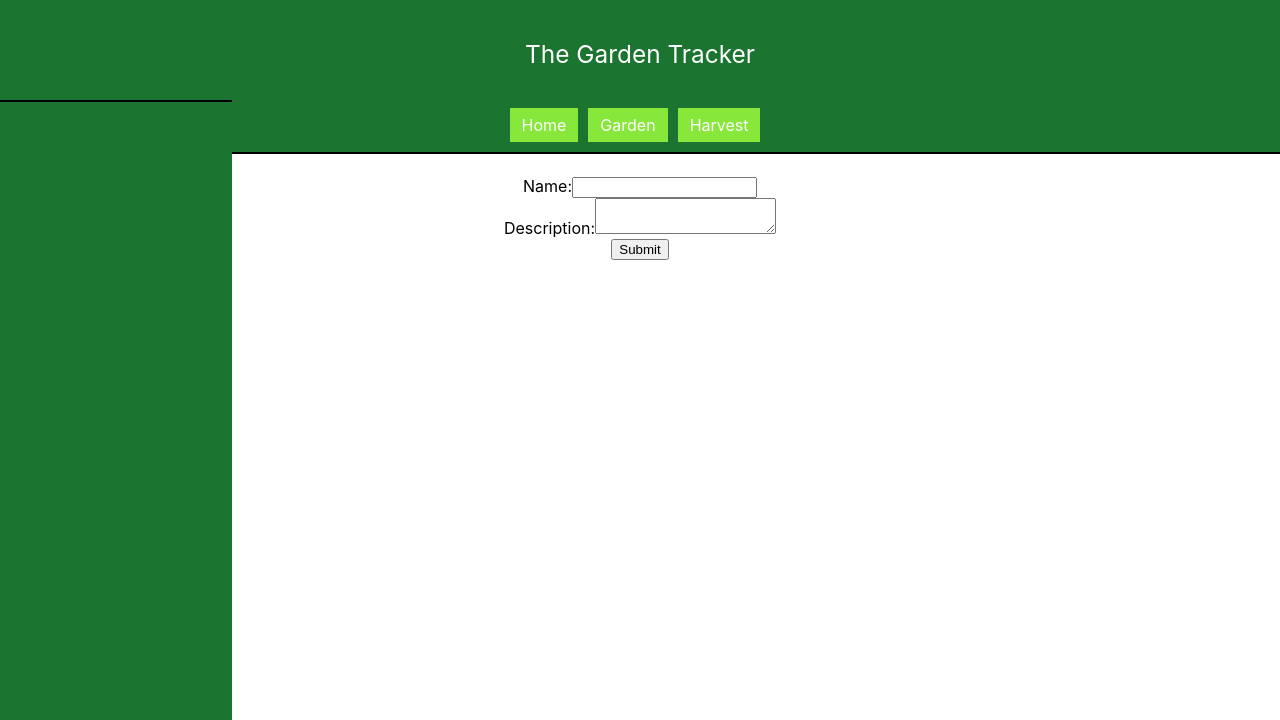
Repository: charliejp0311/ReactReduxFinal
Page: /garden (app in gardentracker/)
An editor plug-in stored every save of this project. The page is shown before and after the next save, followed by the edit.
The browser window is 1280 px wide. The pictures show the whole page.
The page's requests for data from a server got no answer. The project was rebuilt for these pictures with package versions that can differ from the ones it lists, and the page was loaded fresh each time. No one was signed in, and anything a server would have sent is missing. Also part of the build but not shown: gardentracker/src/containers/GardenbookContainer.js, gardentracker/src/components/GardenPlant.js, gardentracker/src/components/HarvestPlant.js, gardentracker/src/containers/HarvestContainer.js, gardentracker/src/components/UpdatePlantForm.js, gardentracker/src/components/NoteForm.js, gardentracker/src/components/noteList.js, gardentracker/src/containers/PlantContainer.js and 1 more.

Above is the page before, as saved 2020-11-12 10:59:25.

### gardentracker/src/index.js
import React from 'react';
import ReactDOM from 'react-dom';
//style
import './index.css';
//APP
import App from './containers/App';
//Reducer
import reducer from './redux/index'
//router
import { BrowserRouter } from "react-router-dom";
//store and middleware
import { Provider } from 'react-redux';
import { applyMiddleware, createStore } from 'redux';
import { composeWithDevTools } from 'redux-devtools-extension';
import thunk from 'redux-thunk';

const store = createStore(reducer, composeWithDevTools(
  applyMiddleware(thunk),
));


ReactDOM.render(
  <Provider store={store}>
    <BrowserRouter>
      <App />
    </BrowserRouter>
  </Provider>,
  document.getElementById('root')
);

### gardentracker/src/containers/App.js
import React,{Component} from 'react';
import '../App.css';
import { connect } from 'react-redux';
import {startSetGardenbook} from '../redux/actions';
import {Switch,Route} from 'react-router-dom';
import GardenbookContainer from './GardenbookContainer';
import GardenContainer from './GardenContainer';
import HarvestContainer from './HarvestContainer';
import PlantContainer from './PlantContainer';
import NavBar from '../components/Navbar';
import HarvestedPlant from '../components/HarvestedPlant';

class App extends Component {


  componentDidMount(){
    this.props.startSetGardenbook();

  };

  render(){
    return (
      <div className="App">
          <header className="App-header">
            The Garden Tracker
          </header>
          <NavBar />
          <Switch>
            <Route exact path='/' render={(props)=><GardenbookContainer {...props} />} />
            <Route exact path='/garden' render={(props)=><GardenContainer {...props} />}/>
            <Route exact path='/harvest' render={(props)=><HarvestContainer {...props}/>}/>
            <Route exact path='/plants/:id' render={(props)=><PlantContainer {...props}  />}/>
            <Route exact path='/harvested_plant/:id' render={props=><HarvestedPlant {...props} />} />
          </Switch>
      </div>
    );
  };
}

export default connect(null, {startSetGardenbook})(App);

### gardentracker/src/redux/index.js
import { combineReducers } from 'redux';
import garden from './GardenReducer'

export default combineReducers({
    garden
})

### gardentracker/src/App.css
.App {
  text-align: center;
  transition: margin-left .5s;
}

.App-logo {
  height: 40vmin;
  pointer-events: none;
}

/* @media (prefers-reduced-motion: no-preference) {
  .App-logo {
    animation: App-logo-spin infinite 20s linear;
  }
} */

.App-header {
  background-color: #1b7531;
  min-height: 15vh;
  display: flex;
  flex-direction: column;
  align-items: center;
  justify-content: center;
  font-size: calc(10px + 2vmin);
  color: white;
}
.sidenav {
  display: inline-block;
  border-top: 2px solid black;
  height: 100%;
  width: 15%;
  position: fixed;
  z-index: 1;
  top: 0;
  left: 0;
  background-color: #1b7531;
  overflow-x: hidden;
  margin-top: 100px;
  /* padding-top: 1000px; */
  transition: 0.5s;
}

/* The navigation menu links */
.sidenav a {
  padding: 8px 8px 8px 32px;
  text-decoration: none;
  font-size: 25px;
  color: #818181;
  display: block;
  transition: 0.3s;
}

/* When you mouse over the navigation links, change their color */
.sidenav a:hover {
  color: #f1f1f1;
}

/* Position and style the close button (top right corner) */
.sidenav .closebtn {
  position: absolute;
  top: 0;
  right: 25px;
  font-size: 36px;
  margin-left: 50px;
}



/* On smaller screens, where height is less than 450px, change the style of the sidenav (less padding and a smaller font size) */
@media screen and (max-height: 450px) {
  .sidenav {
    padding-top: 15px;
  }

  .sidenav a {
    font-size: 18px;
  }
}

ul {
  list-style: none;
}

.garden div {
  column-count: auto;
  padding: 20px;

}
.App-link {
  color: #beebf8;
}

.garden {
  display: grid;
  grid-template-columns: 3fr;
  grid-template-rows: auto;
  grid-gap: 25px;
  padding-top: 10px;
  padding-bottom: 30px;
}

.plant {
  height: auto;
  width: auto;
  box-shadow: 10px 10px grey;
  padding: 10px;
  border-radius: 10px;
}
.navBar {
  border-bottom: 2px solid black;
  padding-bottom: 10px;
  margin-bottom: 12px;
  background: #1b7531;
}

.navBar a:link,
.navBar a:visited {
  background-color: #88e73b;
  color: white;
  padding: 7px 12px;
  text-align: center;
  text-decoration: none;
  display: inline-block;
}

.navBar a:hover,
.navBar a:active {
  background-color: #1b7531;
}

@keyframes App-logo-spin {
  from {
    transform: rotate(0deg);
  }
  to {
    transform: rotate(360deg);
  }
}

### gardentracker/src/redux/actions.js

export const startSetGardenbook = () => {
    return(dispatch, getState)=>{
        fetch('http://localhost:3001/gardenbooks/1')
            .then(resp=>resp.json())
            .then(data=> dispatch(setGardenbook(data)))
    };
};

export const startAddPlant = (plantData={}) => {
    const {name,description,gardenbook_id} = plantData;
    const plant ={
        name,
        description,
        gardenbook_id,
    };
    let configObj = {
        method: "POST",
        headers: {
            "Content-Type": "application/json",
            "Accept": "application/json"
        },
        body: JSON.stringify(plant)
    };
    return (dispatch, getState) =>{
        fetch(`http://localhost:3001/plants`, configObj )
        .then(resp=>resp.json())
        .then(json=>dispatch(addPlant(json)))
    };
};

export const startUpdatePlant = (plantData={}) => {
    const {name,description,gardenbook_id, id, growing} = plantData;
    const plant ={
        id,
        name,
        description,
        gardenbook_id,
        growing,
    };
    let configObj = {
        method: "PATCH",
        headers: {
            "Content-Type": "application/json",
            "Accept": "application/json"
        },
        body: JSON.stringify(plant)
    };
    return (dispatch, getState) =>{
        fetch(`http://localhost:3001/plants/${plant.id}`, configObj )
        .then(resp=>resp.json())
        .then(json=>dispatch(updatePlant(json)))
    };
};

export const startDeletePlant = (plantData={}) => {
    const {name,description,gardenbook_id, id, growing} = plantData;
    const plant ={
        id,
        name,
        description,
        gardenbook_id,
        growing,
    };
    let configObj = {
        method: "DELETE",
        headers: {
            "Content-Type": "application/json",
            "Accept": "application/json"
        },
        body: JSON.stringify(plant)
    };
    return (dispatch, getState) =>{
        fetch(`http://localhost:3001/plants/${plant.id}`, configObj )
        .then(resp=>resp.json())
        .then(json=>dispatch(deletePlant(json)))
    };
};
export const startDeleteNote = (id = '') => {
    const note = {
        id: id,
    }
    let configObj = {
        method: "DELETE",
        headers: {
            "Content-Type": "application/json",
            "Accept": "application/json"
        },
        body: JSON.stringify(note),
    };
    return (dispatch, getState) =>{
        fetch(`http://localhost:3001/notes/${note.id}`, configObj )
        .then(resp=>resp.json())
        .then(json=>dispatch(deleteNote(json)))
    };
};

export const startAddNote = (noteData={}) => {
    const {note,plant_id,gardenbook_id,actionId} = noteData;
    const newNote ={
        note,
        plant_id,
        gardenbook_id,
        action_id: actionId
    };
    let configObj = {
        method: "POST",
        headers: {
            "Content-Type": "application/json",
            "Accept": "application/json"
        },
        body: JSON.stringify(newNote)
    };
    return (dispatch, getState) =>{
        fetch(`http://localhost:3001/notes`, configObj )
        .then(resp=>resp.json())
        .then(json=>dispatch(addNote(json)))
    };
};

export const setGardenbook = (book)=>{
    return{
        type: "SET_GARDENBOOK",
        book
    }
}


//PLANTS
export const addPlant = (plant) => {
    return {type: 'ADD_PLANT',plant}
}
export const updatePlant = (plant) =>{
    return {type: 'UPDATE_PLANT',plant}
}
export const deletePlant = (plant) => {
    return {type: 'DELETE_PLANT',plant}
}
export const harvestPlant = (plant) => {
    return {type: 'HARVEST_PLANT',plant}
}

////NOTES

export const addNote = (note) => {
    return {type: 'ADD_NOTE',note}
}
export const deleteNote = (note) => {
    return {type: 'DELETE_NOTE',note}
}

### gardentracker/src/containers/GardenContainer.js
import React,{Component} from 'react';
import {connect} from 'react-redux';
import  PlantForm  from "../components/PlantForm";
import  PlantList  from "../components/PlantList";
import {SideNav} from '../components/sideNav'


class GardenContainer extends Component{

    render(){
        const plant = {}
        return(
        <div className='garden'>
            {/* <SideNav key={this.props.id} /> */}
            {this.props.SideNav(this.props.garden)}
            <PlantForm plant={plant} gardenbook_id={this.props.id} />
            <PlantList garden={this.props.garden} notes={this.props.notes}/>
        </div>
        );
    };
};

const mapStateToProps = state => {
    return{
        id: state.garden.id,
        garden: state.garden.garden,
        notes: state.garden.notes
    }
}

export default connect(mapStateToProps,{SideNav})(GardenContainer);

### gardentracker/src/components/Navbar.js
import React from 'react';
import { NavLink } from 'react-router-dom';

const NavBar = () => {
  return (
    <div className='navBar'>
      <NavLink
        style={{ marginRight: '10px' }}
        to="/"
      >
        Home
      </NavLink>
      <NavLink
        style={{ marginRight: '10px' }}
        to="/garden"
      >
        Garden
      </NavLink>
      <NavLink
        style={{ marginRight: '10px' }}
        to="/harvest"
      >
        Harvest
      </NavLink>
    </div>
  );
}

export default NavBar;

### gardentracker/src/redux/GardenReducer.js
export default function garden (state = {
    id: '',
    garden: [],
    harvest: [],
    notes: [],
    actions: []
},action){
    switch (action.type) {
        case 'SET_GARDENBOOK':
            let parts = action.book.included
            let gl = []
            let hl = []
            let nl = []
            let al = []
            parts.forEach(part => {
                switch (part.type) {
                    case "action":
                        al.push(part.attributes)
                        break;
                    case "note":
                        nl.push(part.attributes)

                        break;
                    case "plant":
                        if(part.attributes.growing){
                            gl.push(part.attributes)
                        } else {
                            hl.push(part.attributes)
                        }
                        break;

                    default:
                        break;
                }
            });
            return {
                id: action.book.data.id,
                notes: nl,
                garden: gl,
                harvest: hl,
                actions: al,
            };

        case 'ADD_PLANT':
            return {
                ...state,
                garden: state.garden.concat({name: action.plant.name})
            };
        case 'UPDATE_PLANT':
            const plant = action.plant.data.attributes
            const {garden} = state
            const newG = garden.slice(0,plant.id-1)
            newG.push(plant, ...garden.slice(plant.id,garden.length))

            return {
                ...state,
                garden: newG,
            };
        case 'ADD_NOTE':
            const notesData = action.note.data
            const actionsData = action.note.included
            const actions = actionsData.map(action=>{return(action.attributes)})
            const notes = notesData.map(note=>{return(note.attributes)})
            return {
                ...state,
                notes: notes,
                actions: actions,
            };

        case 'DELETE_PLANT':
            const plants = action.plant.included;
            const freshGarden = plants.filter(plant=>plant.attributes.growing ? plant.attributes : null)

            return {
                ...state,
                garden: freshGarden.flat(),
            };
        case 'DELETE_NOTE':
            const allNotes = action.note.included;
            const ns = allNotes.map(note=>{return(note.attributes)});

            return {
                ...state,
                notes: ns,
            };

        case 'HARVEST_PLANT':
            let p = state.plants.filter(plant=>plant.name===action.plant.name) ;
            let inTheGarden = state.plants.filter(plant=>plant.name!==action.plant.name);
            return{
                ...state,
                plants: inTheGarden,
                harvest: state.harvest.concat(p),
            };

        default:
            return state;
    };
};

### gardentracker/src/components/plantForm.js
import React,{Component} from "react";
import { connect } from "react-redux";
import { startAddPlant } from '../redux/actions'
import {startSetGardenbook} from '../redux/actions';

class PlantForm extends Component {
    constructor(props){
        // console.log(props)
        super(props);
        this.state = {
            name: '',
            description: '',
        }
    }
    handleChange=e=>{
      switch (e.target.name) {
        case 'name':
            this.setState({
                ...this.state,
                name: e.target.value
            })
            break;
        case 'description':
            this.setState({
                ...this.state,
                description: e.target.value
            });
            break;
        default:
            break;
      };
    };

    handleSubmit=e=>{
        e.preventDefault();
        this.props.startAddPlant({...this.state, gardenbook_id: this.props.gardenbook_id})
        this.setState({
            ...this.state,
            name: "",
            description: "",
        });
        this.props.startSetGardenbook();
    };
    render(){
        return(
            <form onSubmit={this.handleSubmit}>
                <label htmlFor='name' >
                    Name:
                    <input type='text' name='name' onChange={this.handleChange} value={this.state.name}/>
                </label><br />
                <label htmlFor='description' >
                    Description:
                    <textarea name='description' onChange={this.handleChange} value={this.state.description}/>
                </label><br />
                <input type='submit' />
            </form>
        );
    };
};


export default connect(null,{startAddPlant, startSetGardenbook})(PlantForm);

### gardentracker/src/components/plantList.js
import React, { Component } from "react";
import {connect} from 'react-redux';
import GardenPlant from "./GardenPlant";
import HarvestPlant from "./HarvestPlant";

class PlantList extends Component{
    testHarvest(){
        let plants = []
        if (this.props.garden) {
            plants = this.props.garden.map(plant=><GardenPlant key={plant.id} plant={plant} />)
        }else{
            plants = this.props.harvest.map(plant=><HarvestPlant key={plant.id} plant={plant} />)
        }
        return plants;
    }

    render(){
        return(
            <div>{this.testHarvest()}</div>
        );
    };
};

export default connect(null)(PlantList);

### gardentracker/src/components/sideNav.js
import React from 'react';
import { Link } from 'react-router-dom';

export const SideNav=(pl)=>{
    const linkList = pl.map(plant=>{return(<Link to={`/plants/${plant.id}`} >{plant.name}</Link>)})
    ///i want this to be either the plant list in the garden or the plant list in the harvest
    //should ge as props a list of plant id's
    return(
        <div id='side-Bar' className='sidenav'>
            {linkList}
        </div>
    );
};

Loaded but not shown: gardentracker/public/index.html (common file); gardentracker/src/index.css (common file)

After the next save:
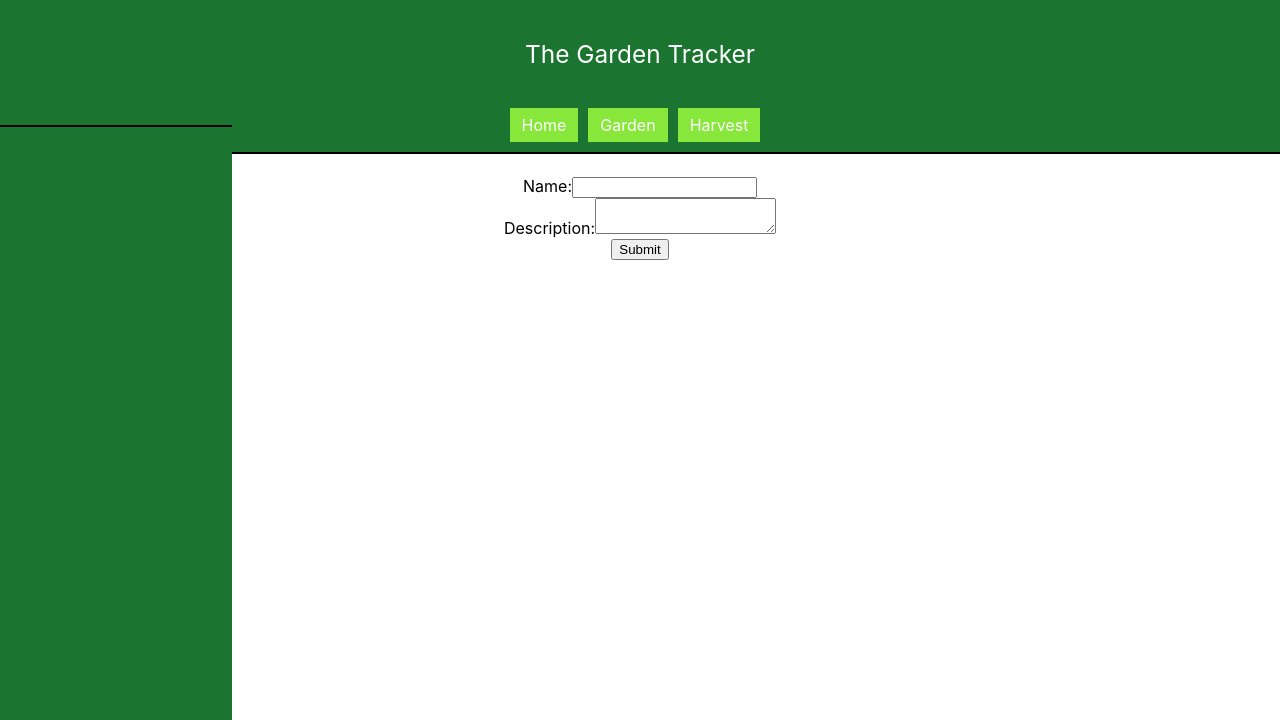
Saved 16 s later.
--- a/gardentracker/src/App.css
+++ b/gardentracker/src/App.css
@@ -35,7 +35,7 @@
   left: 0;
   background-color: #1b7531;
   overflow-x: hidden;
-  margin-top: 100px;
+  margin-top: 125px;
   /* padding-top: 1000px; */
   transition: 0.5s;
 }
